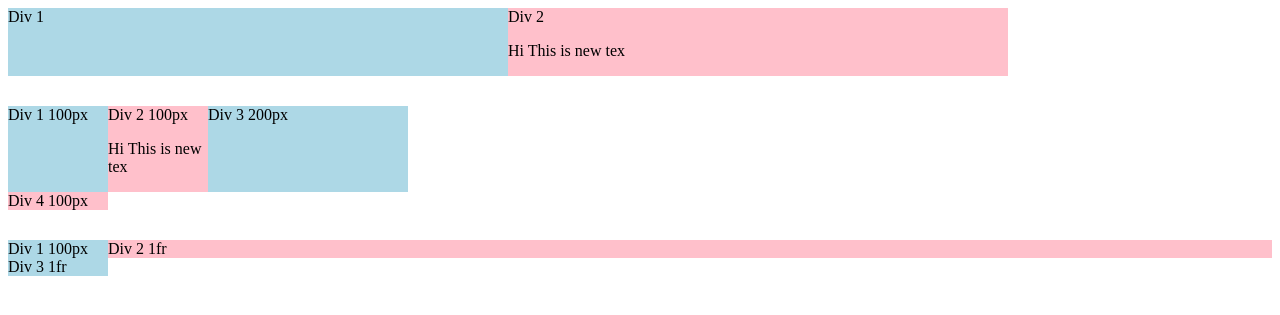
Repository: RagulRanjeeth/Frontend
Page: Exercises/Grids.html
The author's editor kept a copy of each file at every save. The page is drawn from the files as they stood at one save, then again after the next save.
The browser window is 1280 px wide. The pictures show the whole page.

Above is the page before, as saved 2026-01-25 16:02:00.

### Exercises/Grids.html
<!DOCTYPE html>
<html>
    <head>
        <title>Grid Practice</title>
    </head>
    <body>
        <div style="
        display: grid;
        grid-template-columns: 500px 500px;
        ">
            <div style="background-color: lightblue">Div 1</div>
            <div style="background-color: rgb(255, 192, 203)">Div 2 <p>Hi This is new tex</p></div>
        </div>

            <div style="
            display: grid;
            grid-template-columns: 100px 100px 200px;
            margin-top: 30px;
            ">
                <div style="background-color: lightblue">Div 1  100px</div>
                <div style="background-color: rgb(255, 192, 203)">Div 2 100px<p>Hi This is new tex</p></div>
                <div style="background-color: lightblue">Div 3 200px</div>
                <div style="background-color: rgb(255, 192, 203)">Div 4 100px</div>
            </div>


            <div style="
            display: grid;
            grid-template-columns: 100px 1fr;
            margin-top: 30px;
            ">
                <div style="background-color: lightblue">Div 1  100px</div>
                <div style="background-color: rgb(255, 192, 203)">Div 2 1fr</div>
                <div style="background-color: lightblue">Div 3 1fr</div>
            </div>


    </body>
</html>

After the next save:
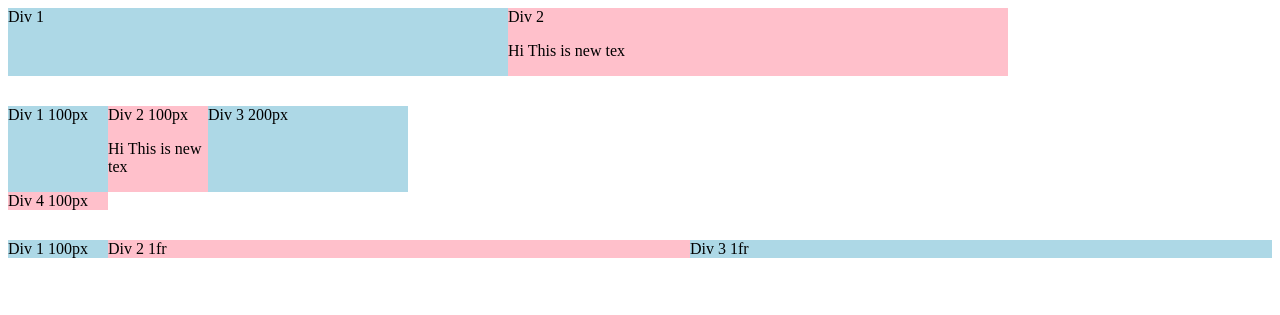
Saved 25 s later.
--- a/Exercises/Grids.html
+++ b/Exercises/Grids.html
@@ -26,7 +26,7 @@
 
             <div style="
             display: grid;
-            grid-template-columns: 100px 1fr;
+            grid-template-columns: 100px 1fr 1fr;
             margin-top: 30px;
             ">
                 <div style="background-color: lightblue">Div 1  100px</div>
